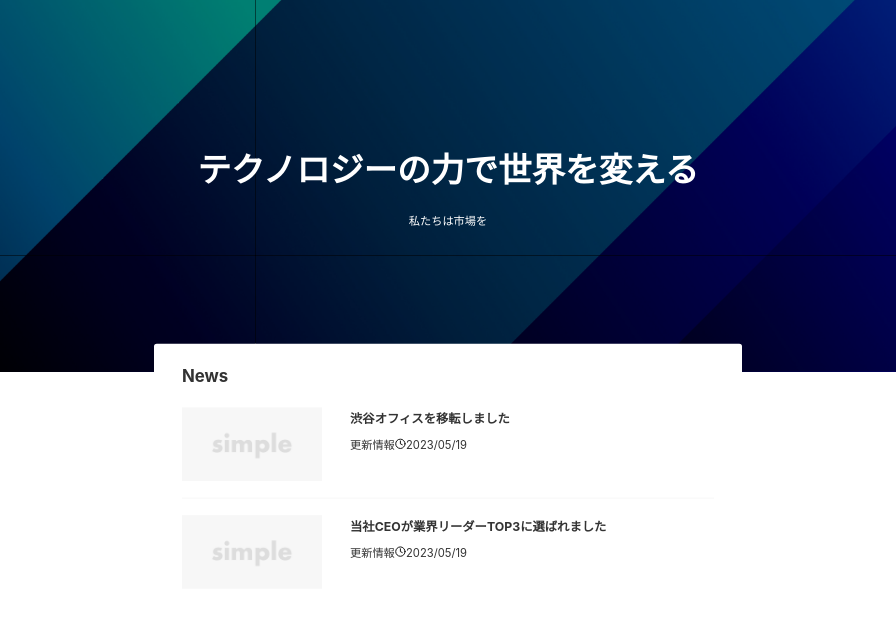
Repository: sk-style/my-next-project
Page: /
The author's editor kept a copy of each file at every save. The page is drawn from the files as they stood at one save, then again after the next save.
The browser window is 1280 px wide. The pictures show the whole page, at 70% of full size.
The project was rebuilt for these pictures with package versions that can differ from the ones it lists, and the page was loaded fresh each time. The framework's server and built-in components were replaced by stand-ins that run in the browser. Also part of the build but not shown: next.config.ts, app/_components/ButtonLink/index.module.css.

Above is the page before, as saved 2025-10-27 16:04:52.

### app/page.tsx
import styles from "./page.module.css";
import Image from "next/image";
import ButtonLink from "./_components/ButtonLink";

type News = {
  id: string;
  title: string;
  category: {
    name: string;
  };
  publishedAt: string;
  createdAt: string;
};

const data: {
  contents: News[];
} = {
  contents: [
    {
      id: "1",
      title: "渋谷オフィスを移転しました",
      category: { name: "更新情報" },
      publishedAt: "2023/05/19",
      createdAt: "2023/05/19",
    },
    {
      id: "2",
      title: "当社CEOが業界リーダーTOP3に選ばれました",
      category: { name: "更新情報" },
      publishedAt: "2023/05/19",
      createdAt: "2023/05/19",
    },
    {
      id: "3",
      title: "テスト記事です",
      category: { name: "更新情報" },
      publishedAt: "2023/05/19",
      createdAt: "2023/05/19",
    },
  ],
};

export default function Home() {
  const sliceData = data.contents.slice(0, 2);
  return (
    <>
      <section className={styles.top}>
        <div>
          <h1 className={styles.title}>テクノロジーの力で世界を変える</h1>
          <p className={styles.description}>私たちは市場を</p>
        </div>
        <Image
          className={styles.bgimg}
          src="/img-mv.jpg"
          alt=""
          width={4000}
          height={1200}
        />
      </section>
      <section className={styles.news}>
        <h2 className={styles.newsTitle}>News</h2>
        <ul>
          {sliceData.map((article) => (
            <li key={article.id} className={styles.list}>
              <div className={styles.link}>
                <Image
                  className={styles.image}
                  src="/no-image.png"
                  alt="No Image"
                  width={1200}
                  height={600}
                />
                <dl className={styles.content}>
                  <dt className={styles.newsItemTitle}>{article.title}</dt>
                  <dd className={styles.meta}>
                    <span className={styles.tag}>{article.category.name}</span>
                    <span className={styles.date}>
                      <Image
                        src="/clock.svg"
                        alt=""
                        width={16}
                        height={16}
                        priority
                      />
                      {article.publishedAt}
                    </span>
                  </dd>
                </dl>
              </div>
            </li>
          ))}
        </ul>
        <div className={styles.newsLink}>
          <ButtonLink href="/news">もっと見る</ButtonLink>
        </div>
      </section>
    </>
  );
}

### app/globals.css
:root {
    --font-mono: ui-monospace, Menlo, Monaco, 'Cascadia Mono', 'Segoe UI Mono',
    'Roboto Mono', 'Oxygen Mono', 'Ubuntu Monospace', 'Source Code Pro',
    'Fira Mono', 'Droid Sans Mono', 'Courier New', monospace;
    --color-text-main: #333;
    --color-text-sub: #999;
    --color-text-unpainted: #fff;
    --color-text-error: #f33;
    --color-bg-main: #fff;
    --color-bg-sub: #f3f3f3;
    --color-bg-code: #fafafa;
    --color-bg-painted: #333;
    --color-border-dark: #333;
    --color-border: #ddd;
    --color-border-light: #f3f3f3;
    --color-current: #eee;
    --color-button-primary: #333;
    --border-radius: 4px;
}

* {
    box-sizing: border-box;
    padding: 0;
    margin: 0;
}

html,
body {
    max-width: 100vw;
    overflow-x: hidden;
}

body {
    font-family: -apple-system, BlinkMacSystemFont, 'Helvetica Neue', YuGothic,
    'ヒラギノ角ゴ ProN W3', Hiragino Kaku Gothic ProN, Arial, 'メイリオ', Meiryo,
    sans-serif;
    color: var(--color-text-main);
    line-height: 1.8;
}

code {
    font-family: menlo, inconsolata, monospace;
}

a {
    color: inherit;
    text-decoration: none;
}

ol,
ul {
    list-style: none;
}

### app/page.module.css
.top {
  position: relative;
  display: flex;
  align-items: center;
  justify-content: center;
  background-color: rgba(0, 0, 0, 0.5);
  color: #fff;
  overflow: hidden;
  padding: 200px 0;
}

.title {
  font-size: 3rem;
  font-weight: bold;
  text-align: center;
  margin-bottom: 1rem;
}

.description {
  text-align: center;
}

.bgimg {
  position: absolute;
  top: 0;
  right: 0;
  width: 100%;
  height: 600px;
  object-fit: cover;
  object-position: right;
  display: flex;
  align-items: center;
  justify-content: center;
  z-index: -1;
}

.news {
  position: relative;
  background-color: #fff;
  width: 840px;
  margin: -40px auto 0;
  padding: 24px 40px;
  border-radius: var(--border-radius);
}

.newsTitle {
  font-size: 1.5rem;
}

.list {
  border-bottom: 1px solid var(--color-border-light);
}

.list:last-child {
  border-bottom: none;
}

.link {
  display: flex;
  align-items: flex-start;
  gap: 40px;
  padding: 24px 0;
  border-radius: var(--border-radius);
}

.newsItemTitle {
  font-size: 1.1rem;
  font-weight: bold;
  margin-bottom: 0.5rem;
}

.image {
  width: 200px;
  height: auto;
}

.newsLink {
  position: absolute;
  right: -40px;
  bottom: -40px;
}

@media (max-width: 640px) {
  .top {
    padding: 120px 16px;
  }
  .title {
    font-size: 2rem;
    text-align: left;
  }

  .description {
    text-align: center;
    font-size: 0.9rem;
    text-align: left;
  }

  .bgimg {
    position: absolute;
    top: 0;
    right: 0;
    width: auto;
    height: 600px;
    object-fit: cover;
    display: flex;
    align-items: center;
    justify-content: center;
    z-index: -1;
  }

  .news {
    width: calc(100% - 32px);
    padding: 16px 24px;
  }
}

### app/_components/ButtonLink/index.tsx
import styles from "./index.module.css";

type Props = {
  href: string;
  children: React.ReactNode;
};

export default function ButtonLink({ href, children }: Props) {
  return (
    <a href={href} className={styles.botton}>
      {children}
    </a>
  );
}

Loaded but not shown: app/layout.tsx (common file)

After the next save:
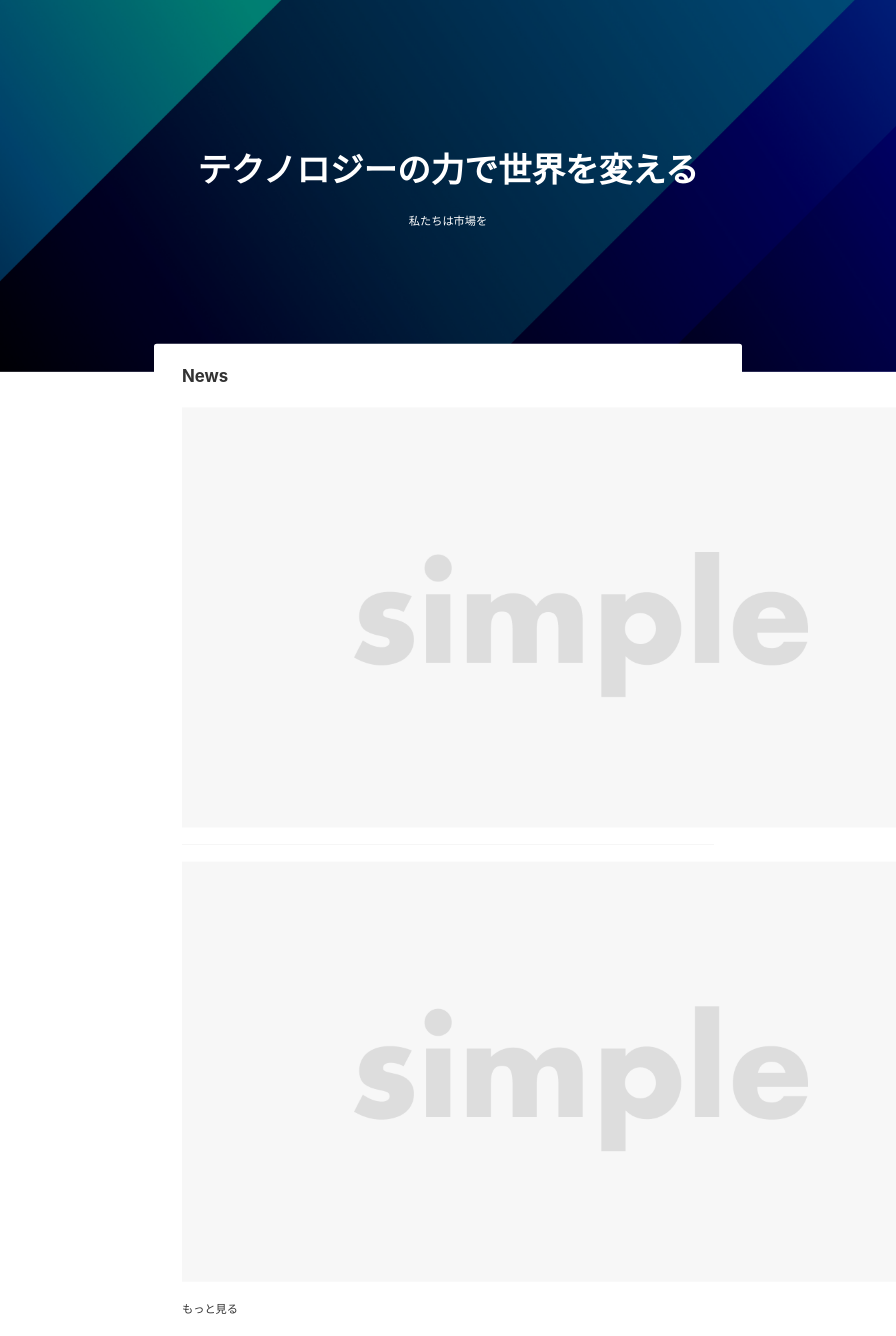
Saved 49 s later.
--- a/app/page.module.css
+++ b/app/page.module.css
@@ -69,16 +69,7 @@
   margin-bottom: 0.5rem;
 }
 
-.image {
-  width: 200px;
-  height: auto;
-}
 
-.newsLink {
-  position: absolute;
-  right: -40px;
-  bottom: -40px;
-}
 
 @media (max-width: 640px) {
   .top {
